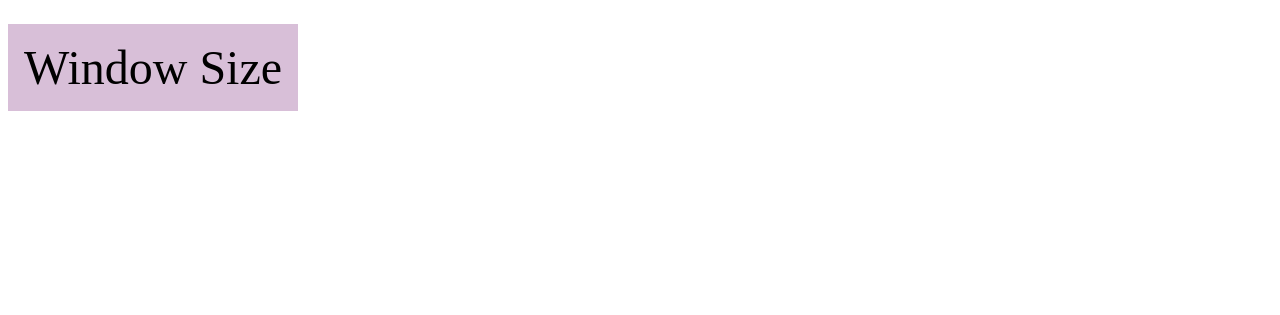
Repository: ggandory/browser101
Page: chapter2/window_size.html
The author's editor kept a copy of each file at every save. The page is drawn from the files as they stood at one save, then again after the next save.
The browser window is 1280 px wide. The pictures show the whole page.

Above is the page before, as saved 2024-04-01 00:44:06.

After the next save:
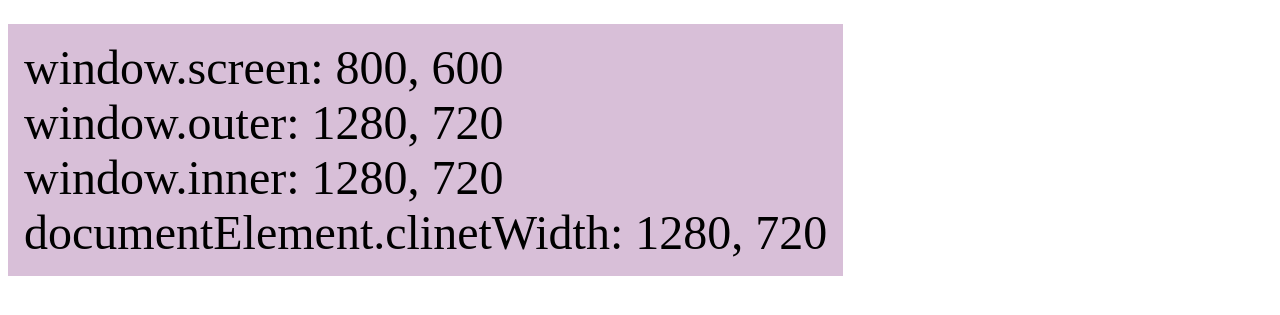
Saved 2 min 28 s later.
--- a/chapter2/window_size.html
+++ b/chapter2/window_size.html
@@ -18,14 +18,19 @@
     <div class="tag">Window Size</div>
     <script>
       const tag = document.querySelector(".tag");
-      window.addEventListener("resize", () => {
+      function updateTag() {
         tag.innerHTML = `
       window.screen: ${window.screen.width}, ${window.screen.height} <br/>
       window.outer: ${window.outerWidth}, ${window.outerHeight} <br/>
       window.inner: ${window.innerWidth}, ${window.innerHeight} <br/>
       documentElement.clinetWidth: ${document.documentElement.clientWidth}, ${document.documentElement.clientHeight}
       `;
+      }
+
+      window.addEventListener("resize", () => {
+        updateTag();
       });
+      updateTag(); //왜 여기도 같이 써주는지 이해는 안가네..
     </script>
   </body>
 </html>

After the save that followed:
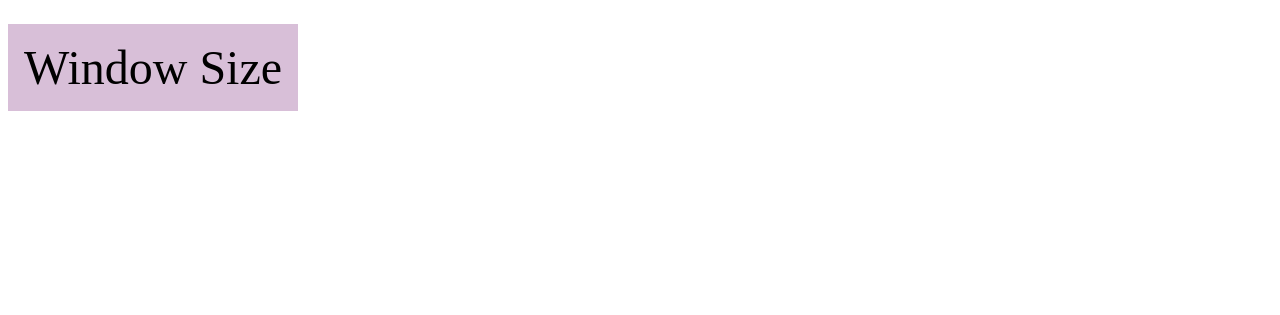
Saved 17 s later.
--- a/chapter2/window_size.html
+++ b/chapter2/window_size.html
@@ -30,7 +30,7 @@
       window.addEventListener("resize", () => {
         updateTag();
       });
-      updateTag(); //왜 여기도 같이 써주는지 이해는 안가네..
+      //updateTag(); //왜 여기도 같이 써주는지 이해는 안가네..
     </script>
   </body>
 </html>
